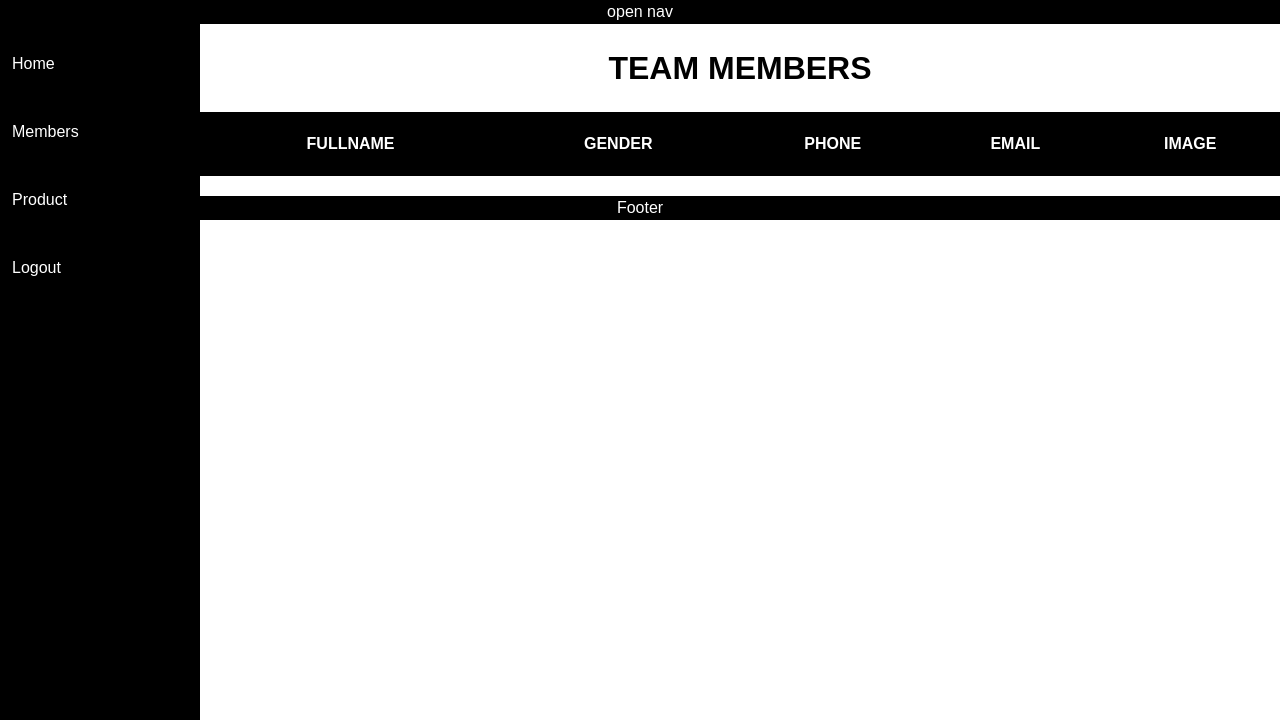
Repository: Eugene44-hub/SHRGroup46-capstone
Page: /members
An editor plug-in stored every save of this project. The page is shown before and after the next save, followed by the edit.
The browser window is 1280 px wide. The pictures show the whole page.
The page's requests for data from a server got no answer. The project was rebuilt for these pictures with package versions that can differ from the ones it lists, and the page was loaded fresh each time. No one was signed in, and anything a server would have sent is missing.

Above is the page before, as saved 2022-05-19 16:48:54.

### src/index.css
@tailwind base;
@tailwind components;
@tailwind utilities;
@import url('https://fonts.googleapis.com/css2?family=Poppins:wght@300;400;500;700&display=swap');
body {
    font-family: 'Poppins', sans-serif;
}

code {
    font-family: source-code-pro, Menlo, Monaco, Consolas, 'Courier New', monospace;
}

* {
    margin: 0;
    padding: 0;
    box-sizing: border-box;
}

@layer components {
    .tax {
        @apply text-sm font-medium
    }
    .taxPrice {
        @apply font-extralight
    }
}

### src/App.js
import React from 'react'
import { lazy, Suspense, useEffect, useState } from "react";
import { Route, Routes,BrowserRouter as Router } from "react-router-dom";

//read through comments on each component and pages to understand properly

// only tailwind and css modules are used in this project, any additional libraries should be told to the lead before installation

//Note: you can use normal import statement on the pages. Lazy load is for only Routing pages

// API's too have been fetched in utility folder you can import and use with the syntax below

import { fetchAllData,fetchCompanyQuantity,fetchPersonQuantity,fetchProductQuantity } from "./utilities/apis";
// fetchAllData(input endpoint here to fetch all data).then(data =>console.log(data) )
// fetchPersonQuantity(input quantity here to fetch an amount of data).then(data =>console.log(data) )
// fetchProductQuantity(input quantity here to fetch an amount of data).then(data =>console.log(data) )
// fetchCompanyQuantity(input quantity here to fetch an amount of data).then(data =>console.log(data) )

// endpoints are as follows:
// https://fakerapi.it/api/v1/products?_quantity=1
// https://fakerapi.it/api/v1/companies?_quantity=1
// https://fakerapi.it/api/v1/persons?_quantity=10
// https://fakerapi.it/api/v1/products
// https://fakerapi.it/api/v1/companies
// https://fakerapi.it/api/v1/persons

// check utilities folder for more details on the api functions

// happy coding


const Nav=lazy(()=>import('./components/nav/Nav'));
const Home=lazy(()=>import('./pages/home/Home'));
const Dashboard=lazy(()=>import('./pages/dashboard/Dashboard'))
const Members=lazy(()=>import('./pages/members/Members'))
const Product=lazy(()=>import('./pages/product/Product'))
const Login=lazy(()=>import('./pages/login/Login'))
const Footer=lazy(()=>import('./components/footer/Footer'))



const quantity = 12;

function App() {

  const[products, setProducts] = useState('')
  const [members,setMembers]=useState(null)

  useEffect(() => {
    fetchProductQuantity(quantity).then(data =>setProducts(data.data) )
    fetchAllData("https://fakerapi.it/api/v1/persons").then(data =>setMembers(data))
  }, [])

const [showNav,setShowNav]=useState(true)

  return (
    <div className="App">

<Suspense fallback={<h1>Loading...</h1>}>
  <Router>
  <Nav showNav={showNav}/>

    <div className='ml-[200px]'>
<Routes>
<Route path="/" element={<Home/>} />
<Route path="/product" element={<Product products = {products}/>} />
<Route path="/dashboard" element={<Dashboard/>} />
<Route path="/login" element={<Login/>} />
<Route path="/members" element={<Members members={members}/>} />
</Routes>
</div>
</Router>
<Footer/>
</Suspense>
    </div>
  );
}

export default App;

### src/utilities/apis.js
//this function takes in the url as an argument in string format

export const fetchAllData = async(url) => {
    const response = await fetch(url);
    const data = await response.json();
    return data;
}

//

// this part take in the quantity as an argument in integer format
export const fetchPersonQuantity = async(quantity) => {
    const response = await fetch(`https://fakerapi.it/api/v1/persons?_quantity=${quantity}`);
    const data = await response.json();
    return data;
}

export const fetchCompanyQuantity = async(quantity) => {

    const response = await fetch(`https://fakerapi.it/api/v1/companies?_quantity=${quantity}`);
    const data = await response.json();
    return data;
}

export const fetchProductQuantity = async(quantity) => {
    const response = await fetch(`https://fakerapi.it/api/v1/products?_quantity=${quantity}`);
    const data = await response.json();
    return data;
}



// https://fakerapi.it/api/v1/products?_quantity=1
// https://fakerapi.it/api/v1/companies?_quantity=1
// https://fakerapi.it/api/v1/persons?_quantity=10

### src/components/nav/Nav.jsx
import React from 'react'
import { useNavigate } from 'react-router-dom'

import styles from './Nav.module.css'
const navItems=[{
  item:'Home',
  url:'/'
},
{
  item:'members',
  url:'/'
},
{
  item:'product',
  url:'/'
},
{
  item:'logout',
  url:'/'
}]
const Nav = ({showNav}) => {
  const navigate=useNavigate()
  return (
    <nav className={`${styles.nav}`}>
      <header className='text-white text-center'>
      <button className=''>
       open nav
      </button>
      </header>

      <div  className={`fixed md:w-[200px] w-[0px] ${showNav?"w-[200px]":"w-[0px]"} bg-black z-50 pt-5 top-0 h-full`}>
      <ul>

{navItems.map((navItem,index)=>(<li className='my-5 p-3 transition-all hover:bg-gray-200 hover:text-black'>
  <button className='capitalize ' onClick={()=>navigate(navItem.url)}>{navItem.item}</button>
</li>))}
<li>

</li>
</ul>
      </div>

    </nav>
  )
}

export default Nav

### src/pages/members/Members.jsx
import React from 'react'
//components should be imported from here if needed
// make use of your normal import statement here to import components
// make use of the css module folder or tailwind or you can use inline styles
// check the sample on nav and footer for css modules


const Members = ({members}) => {

console.log(members);
  return (
    <section className='my-5'>
    <div className='container'>
    <header className='md:text-[2rem] text-center font-bold uppercase mb-5'>
      Team members
    </header>
<table className='w-full text-white'>
 <thead>


    <tr className='bg-black border-white'>
      <th className='text-center  py-5 text-[.5rem] md:text-[1rem] uppercase'>fullname</th>
      <th className='text-center py-5 text-[.5rem] md:text-[1rem] uppercase'>gender</th>
      <th className='text-center py-5 text-[.5rem] md:text-[1rem] uppercase'>phone</th>
      <th className='text-center py-5 text-[.5rem] md:text-[1rem] uppercase'>email</th>
      <th className='text-center py-5 text-[.5rem] md:text-[1rem] uppercase'>image</th>
    </tr>
    </thead>

<tbody>
  {members&&members.data.map((member,index) => (
      <tr key={index} style={{backgroundColor:index%2===0?"lightgrey":"black", color:index%2===0?"black":"white"}} className="py-5 shadow-lg mb-5">
      <td className=' text-center text-[.5rem] md:text-[1rem]'>
      {member.firstname} {member.lastname}
      </td>
      <td className=' text-center text-[.5rem] md:text-[1rem] capitalize'>
      {member.gender}
      </td>
      <td className=' text-center text-[.5rem] md:text-[1rem]'>
      {member.phone}
      </td>
      <td className=' text-center text-[.5rem] md:text-[1rem]'>
      {member.email}
      </td>
      <td className=' py-2  text-center text-[.5rem] md:text-[1rem]'>
      <img src={member.image} className="w-[50px] mx-auto h-[50px] rounded-full" alt="" />
      </td>
      </tr>
      ))}
</tbody>

</table>

    </div>

    </section>
  )
}

export default Members

### src/components/footer/Footer.jsx
import React from 'react'
import styles from "./Footer.module.css"
const Footer = () => {
  return (
    <footer className={styles.footer}>Footer</footer>
  )
}

export default Footer

### src/components/nav/Nav.module.css
/** @format */

nav {
    /* height: 300px; */
    background-color: black;
    color: white;
}

### src/components/footer/Footer.module.css
/** @format */

footer {
  /* height: 300px; */
  background-color: black;
  color: white;
  text-align: center;
}

Loaded but not shown: public/index.html (common file); src/index.js (common file); tailwind.config.js (common file)

After the next save:
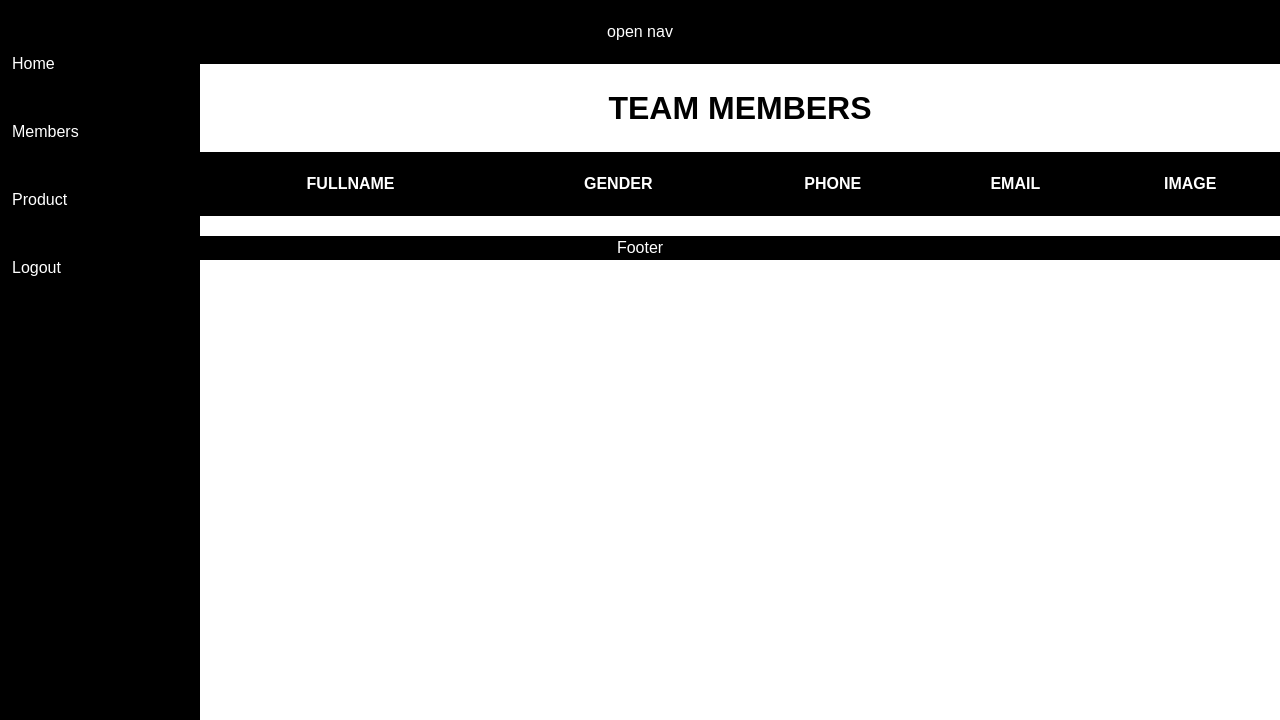
Saved 60 s later.
--- a/src/components/nav/Nav.jsx
+++ b/src/components/nav/Nav.jsx
@@ -23,7 +23,7 @@ const Nav = ({showNav}) => {
   return (
     <nav className={`${styles.nav}`}>
       <header className='text-white text-center'>
-      <button className=''>
+      <button className='p-5'>
        open nav
       </button>
       </header>
